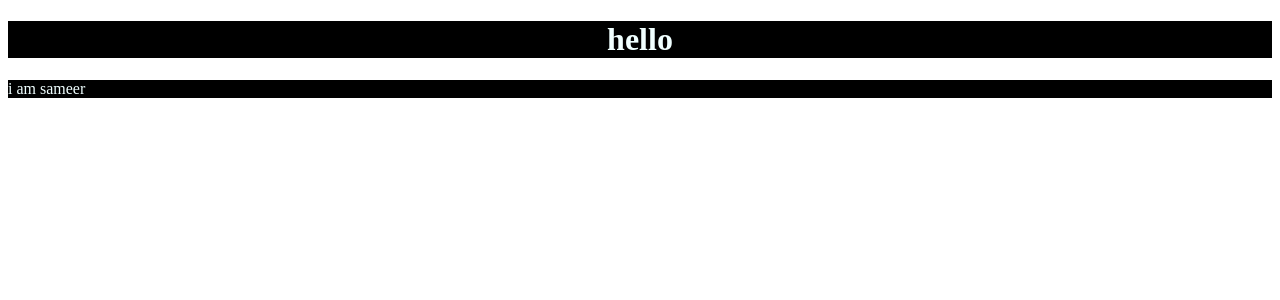
Repository: raheebiradar/webdev-chort-git-masterclass
Page: 8-2-2025/one.html
These files come from the project's save history. The page is drawn as it stood at one moment and after the next save; the edit follows.
The browser window is 1280 px wide. The pictures show the whole page.

Above is the page before, as saved 2025-02-08 21:40:58.

### 8-2-2025/one.html
<!DOCTYPE html>
<html lang="en">
  <head>
    <meta charset="UTF-8" />
    <meta name="viewport" content="width=device-width, initial-scale=1.0" />
    <title>Document</title>
    <link rel="stylesheet" href="one.css" />
  </head>
  <body>
    <h1>hello</h1>
    <p>i am sameer</p>
  </body>
</html>

### 8-2-2025/One.css
h1{
    background-color: rgb(0, 0, 0);
    color: azure;
    text-align: center;
}

p{
    background-color: rgb(0, 0, 0);
    color: azure;
}

After the next save:
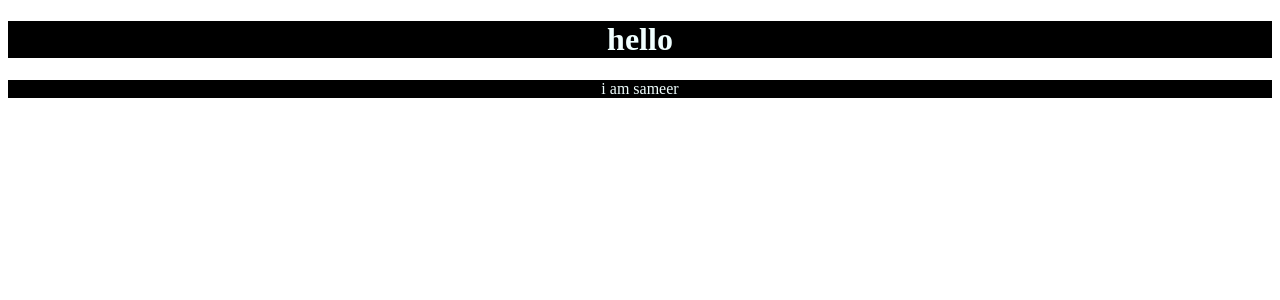
Saved 19 s later.
--- a/8-2-2025/One.css
+++ b/8-2-2025/One.css
@@ -7,4 +7,6 @@ h1{
 p{
     background-color: rgb(0, 0, 0);
     color: azure;
+    text-align: center;
+    padding: auto;
 }
